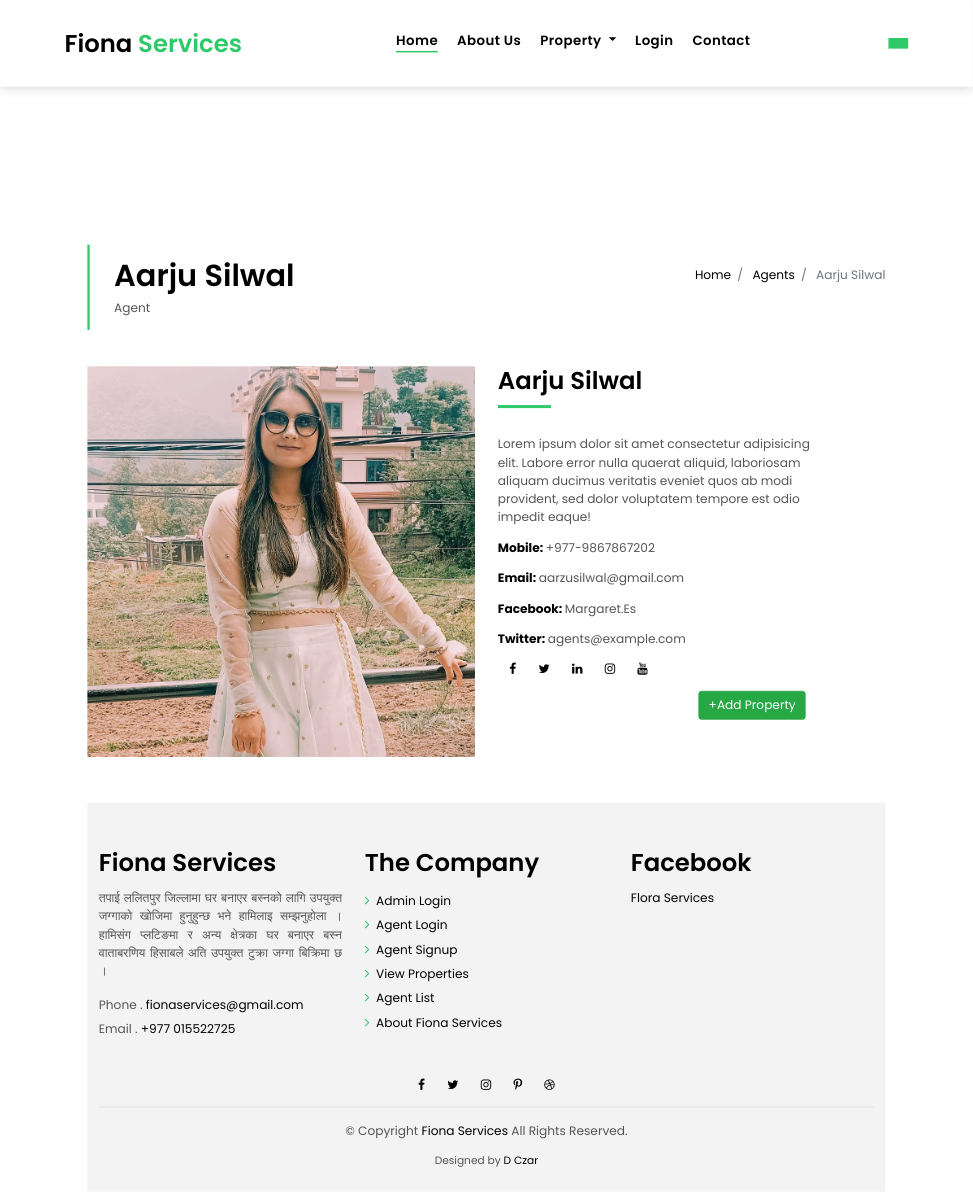
Repository: Sjuicyy/realstate
Page: profile.html
An editor plug-in stored every save of this project. The page is shown before and after a run of saves, followed by the edit.
The browser window is 1280 px wide. The pictures show the whole page, at 76% of full size.

Above is the page before, as saved 2022-10-15 09:52:40.

After the next 2 saves:
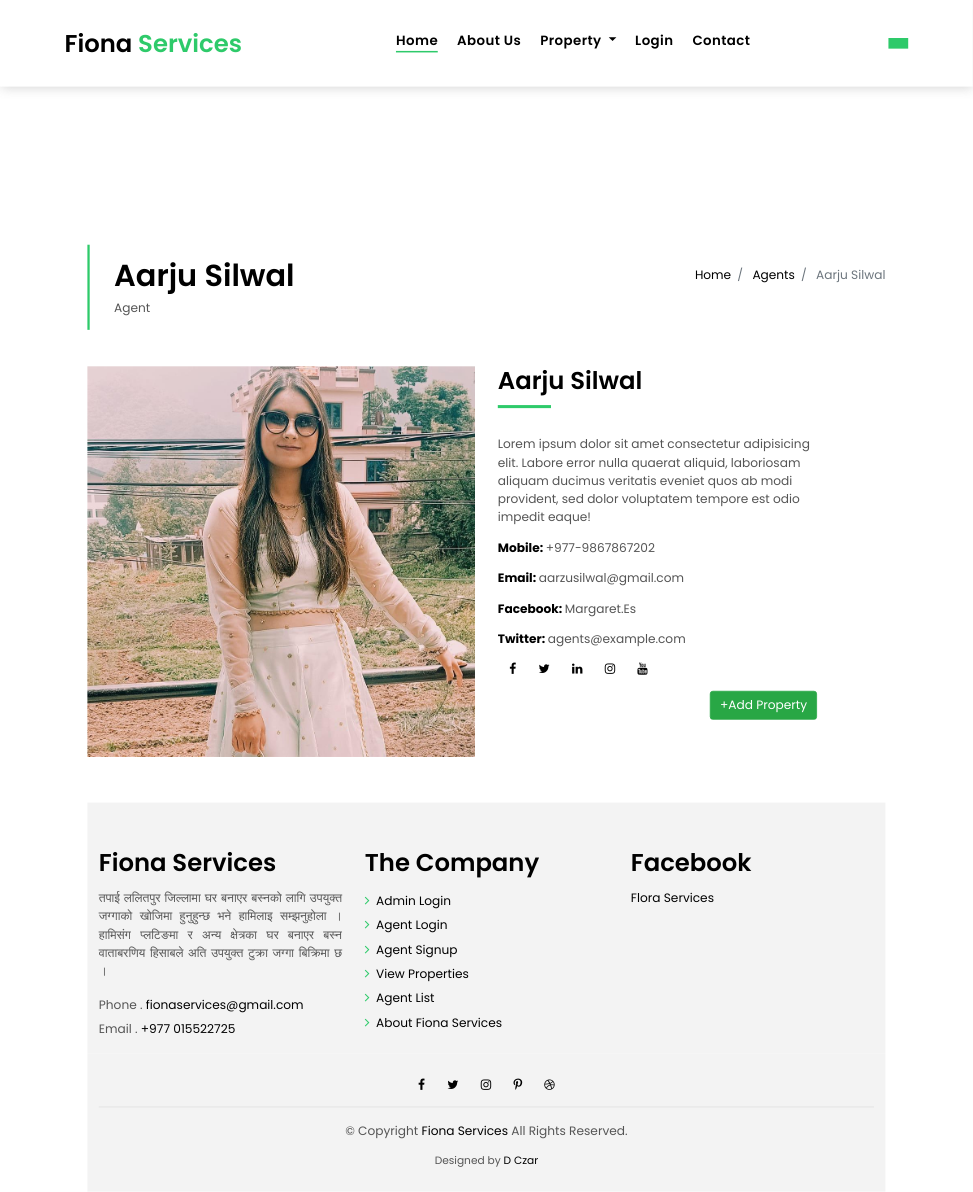
The 2 saves are shown as one change because they came seconds apart.
The last was saved 7 s later.
--- a/profile.html
+++ b/profile.html
@@ -190,11 +190,11 @@
                             </a>
                         </li>
                     </ul>
-                    <a href="./Add-Property.html">
-                        <div class="btn float-right btn-success mb-3">+Add Property</div>
-                    </a>
-                        </div>
-                    </div>
+                </div>
+            </div>
+            <a href="./Add-Property.html">
+                <div class="btn float-right btn-success mb-3">+Add Property</div>
+            </a>
                 </div>
             </div>
         </div>
